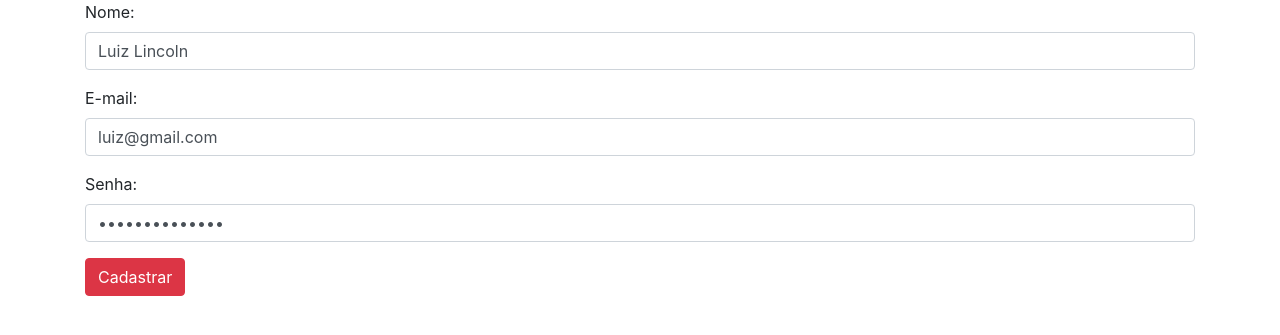
Repository: luizlav001/AT_Java_Web
Page: TP1_JavaWeb/WebContent/home.html
The author's editor kept a copy of each file at every save. The page is drawn from the files as they stood at one save, then again after the next save.
The browser window is 1280 px wide. The pictures show the whole page.

Above is the page before, as saved 2021-10-26 00:33:22.

### TP1_JavaWeb/WebContent/home.html
<!DOCTYPE html>
<html>
<head>
<meta charset="ISO-8859-1">
<title>TP1</title>
<link rel="stylesheet" href="https://maxcdn.bootstrapcdn.com/bootstrap/4.5.2/css/bootstrap.min.css">
</head>
<body>
	<div class="container">
		<form action="usuario" method="post">
			<div class="form-group">
				<label>Nome:</label>
				<input value="Luiz Lincoln" type="text" class="form-control" placeholder="Entre com seu nome" name="name">
			</div>

			<div class="form-group">
				<label>E-mail:</label>
				<input value="luiz@gmail.com" type="email"class="form-control" placeholder="Entre com seu email"name="email">
			</div>

			<div class="form-group">
				<label>Senha:</label>
			   	<input value="luiz@gmail.com" type="password" class="form-control" placeholder="Entre com seu email"  name="senha">
			</div>
				<button class="btn btn-danger" type="submit">Cadastrar</button>
		</form>
	</div>
</body>
</html>

After the next save:
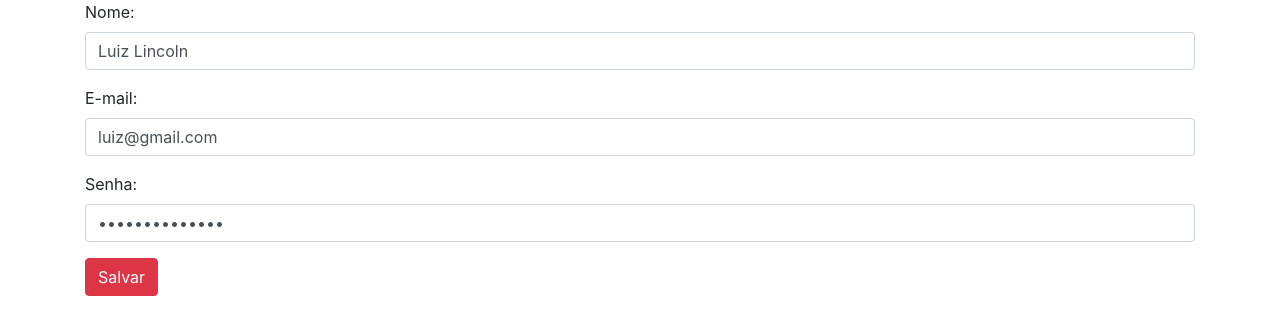
Saved 38 min 38 s later.
--- a/TP1_JavaWeb/WebContent/home.html
+++ b/TP1_JavaWeb/WebContent/home.html
@@ -22,7 +22,7 @@
 				<label>Senha:</label>
 			   	<input value="luiz@gmail.com" type="password" class="form-control" placeholder="Entre com seu email"  name="senha">
 			</div>
-				<button class="btn btn-danger" type="submit">Cadastrar</button>
+				<button class="btn btn-danger" type="submit">Salvar</button>
 		</form>
 	</div>
 </body>
